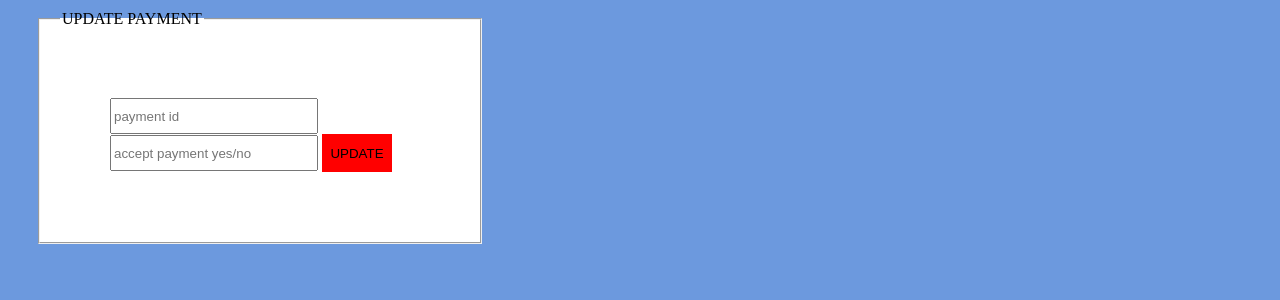
Repository: Nihara-R/Vehicle-Insurance-Portal
Page: http://localhost/paymentupdate.php
The author's editor kept a copy of each file at every save. The page is drawn from the files as they stood at one save, then again after the next save.
The browser window is 1280 px wide. The pictures show the whole page.
The page is run by PHP 8.4 with error messages shown; the project is at /var/www/html/.

Above is the page before, as saved 2023-06-29 09:08:48.

### paymentupdate.php
<!DOCTYPE html>
<html lang="en" dir="ltr">
  <head>
    <meta charset="utf-8">
    <title></title>
    <link rel="stylesheet" href="css/deletuser.css">
  </head>
  <body>
    <fieldset>
<legend>UPDATE PAYMENT</legend>

    <form class="" action="include/update_payment.inc.php" method="post">

      <input type="text" name="id" value="" placeholder="payment id" class="textbox">
      <input type="text" name="accept" value="" placeholder="accept payment yes/no" class="textbox">

      <input type="submit" name="submit" value="UPDATE" class="button">

</fieldset>
    </form>

  </body>
</html>

### css/deletuser.css
body{
  background: #6C99DE;
}
form{
margin: 50px;
}
.deletebox{
  margin: 200px;
  margin-left: 470px;
  padding: 50px;
  height: 230px;
  border: 3px solid black;
  background-color: white;
  box-shadow: 0 10px 10px rgba(0,0, 0, 0.60);
  width: 30%;
}
fieldset{
  width: 400px;
  padding: 20px;
  align-items: center;
  justify-content: center;
  margin-left: 30px;
  margin-top: 10px;

  background: white;
}
.button{
  background: red;
  height: 38px;
  width: 70px;
  border: none;
}
.textbox{
  height: 30px;
  width: 200px;

}

After the next save:
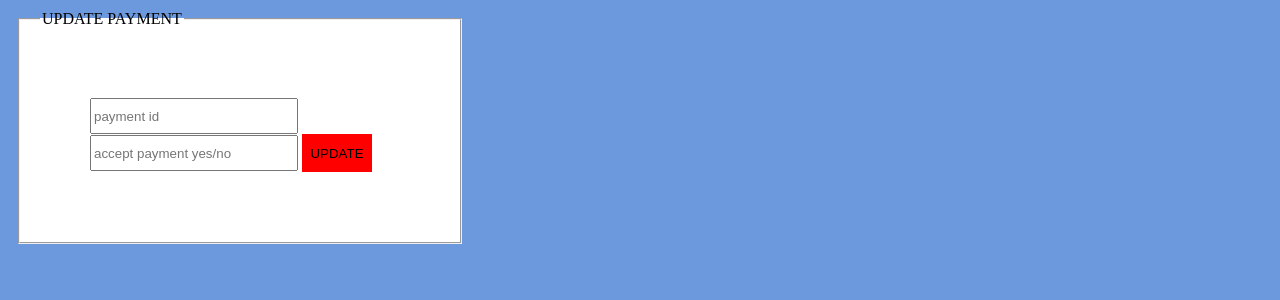
Saved 10 s later.
--- a/css/deletuser.css
+++ b/css/deletuser.css
@@ -19,7 +19,7 @@ fieldset{
   padding: 20px;
   align-items: center;
   justify-content: center;
-  margin-left: 30px;
+  margin-left: 10px;
   margin-top: 10px;
 
   background: white;
